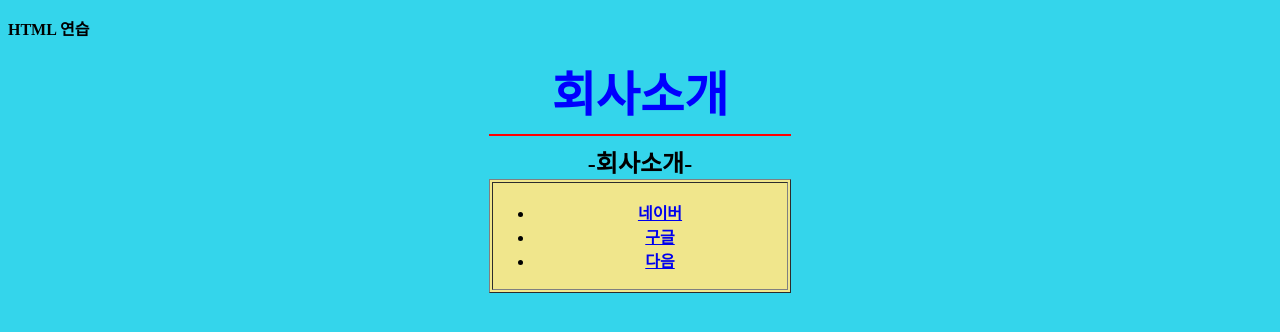
Repository: sika5382/jsp
Page: html/WebContent/NewFile2.html
The author's editor kept a copy of each file at every save. The page is drawn from the files as they stood at one save, then again after the next save.
The browser window is 1280 px wide. The pictures show the whole page.

Above is the page before, as saved 2020-10-29 08:11:43.

### html/WebContent/NewFile2.html
<!DOCTYPE html>
<html>
<head>
<meta charset="UTF-8">
<title>Insert title here</title>
</head>
<body style="background-color:#34d5eb;">
	<dl>
		<dt><b>HTML 연습</b>
		<dd>	</dd>
	</dl>
		<table border="1" align="center" width="300" bgcolor="khaki">

			<caption>
				<font size="7" color = "blue" align="center"><b>회사소개</b></font>
				<hr color="red" width = "300">
				<font size="5"><b>-회사소개-</b></font>


			</caption>
			<tr>
				<th>

				<ul>

				<li><a href = "https://www.naver.com/" title="네이버">네이버</li>
				<li><a href = "https://www.naver.com/" title="구글">구글</li>
				<li><a href = "https://www.naver.com/" title="다음">다음</li>

				</ul>
				</th>
			</tr>


	</table>








</body>
</html>

After the next save:
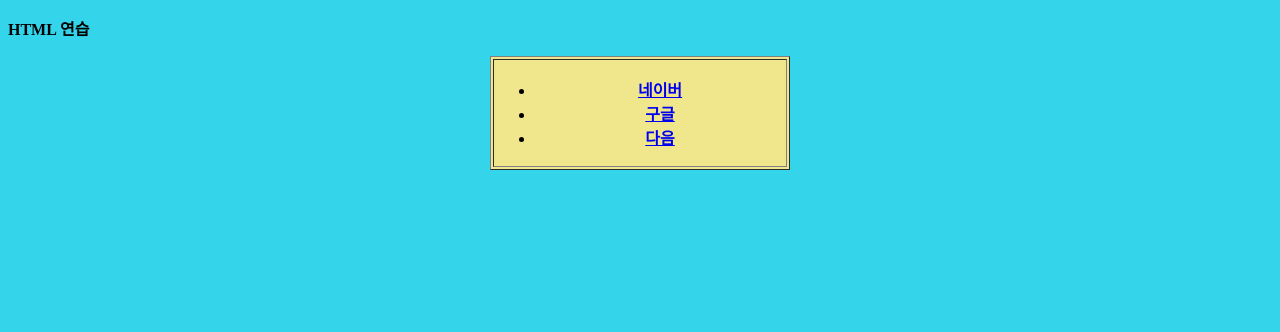
Saved 74 s later.
--- a/html/WebContent/NewFile2.html
+++ b/html/WebContent/NewFile2.html
@@ -11,13 +11,13 @@
 	</dl>
 		<table border="1" align="center" width="300" bgcolor="khaki">
 
-			<caption>
+			<title>
 				<font size="7" color = "blue" align="center"><b>회사소개</b></font>
 				<hr color="red" width = "300">
 				<font size="5"><b>-회사소개-</b></font>
 
 
-			</caption>
+			</title>
 			<tr>
 				<th>
 
